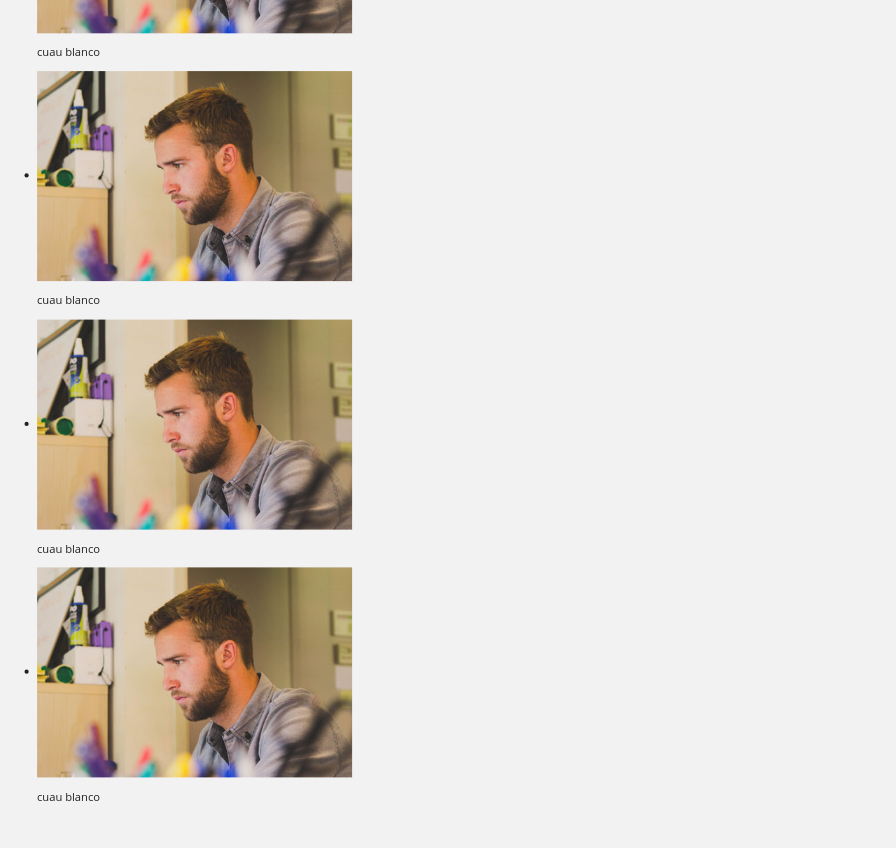
Repository: edgarhdzp/pagina-conferencias-reservaciones
Page: index.html
The author's editor kept a copy of each file at every save. The page is drawn from the files as they stood at one save, then again after the next save.
The browser window is 1280 px wide. The pictures show the part of the page from y = 2581 to 4501 px (the page is 3792 px tall before and 4501 px after), at 70% of full size.

Above is the page before, as saved 2020-06-29 20:58:30.

After the next save:
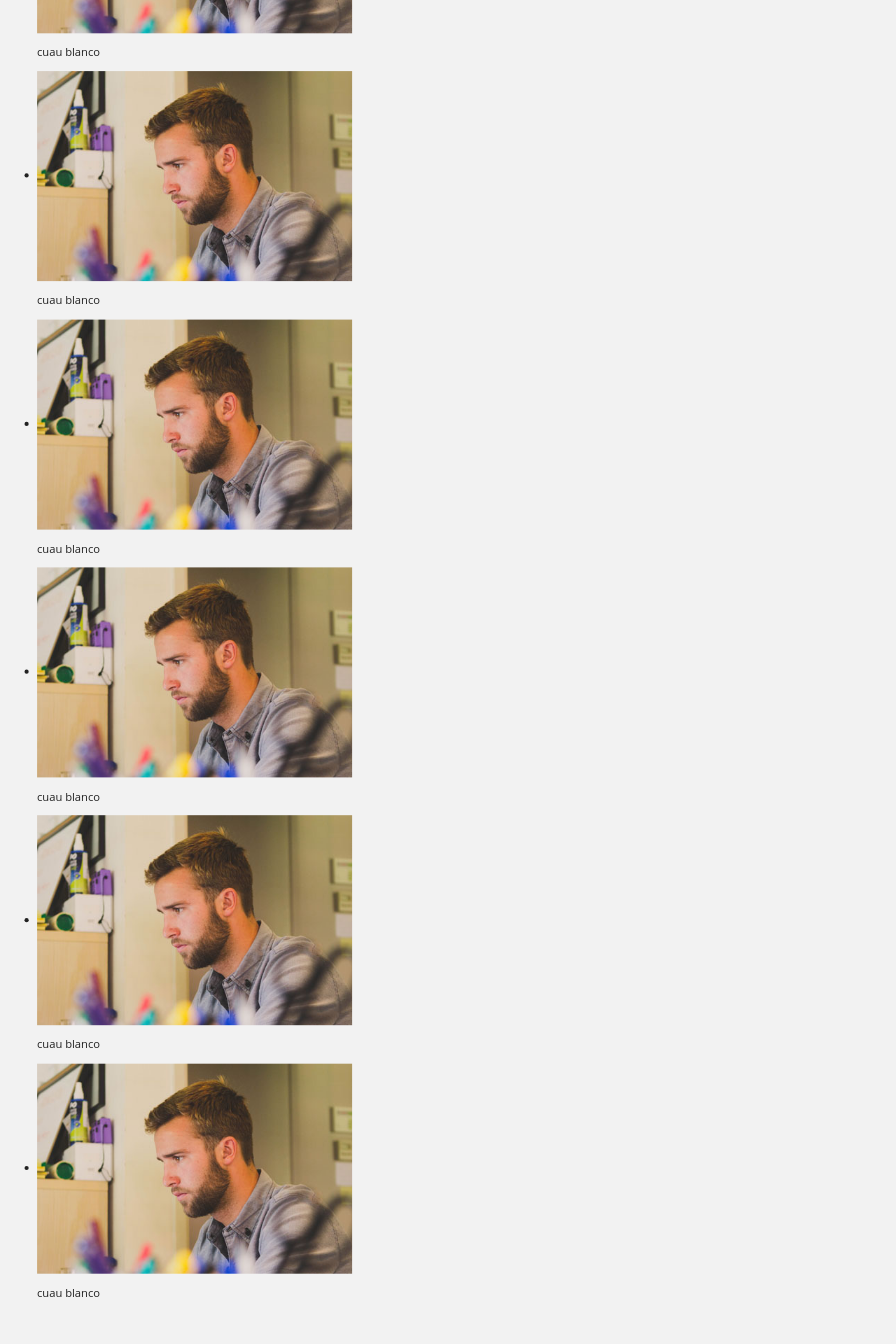
Saved 5 s later.
--- a/index.html
+++ b/index.html
@@ -139,6 +139,18 @@
                     <p>cuau blanco</p>
                 </div>
             </li>
+            <li>
+                <div class="invitado">
+                    <img src="img/invitado1.jpg" alt="imagen invitado">
+                    <p>cuau blanco</p>
+                </div>
+            </li>
+            <li>
+                <div class="invitado">
+                    <img src="img/invitado1.jpg" alt="imagen invitado">
+                    <p>cuau blanco</p>
+                </div>
+            </li>
         </ul>
     </section>
 
